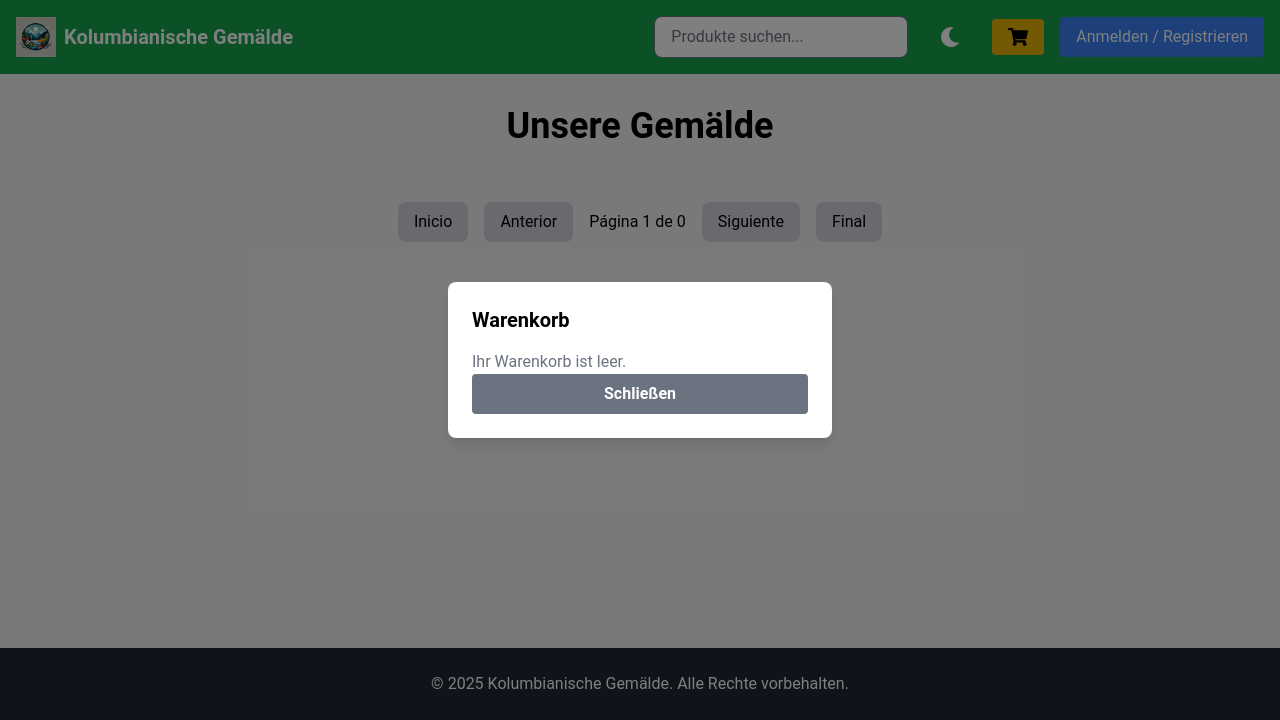
Repository: alixchaparrov/bilder-shop
Page: /, after clicking the first element matching `button.relative`
These files come from the project's save history. The page is drawn as it stood at one moment and after a run of saves; the edit follows.
The browser window is 1280 px wide. The pictures show the whole page.
The page's requests for data from a server got no answer. The project was rebuilt for these pictures with package versions that can differ from the ones it lists, and the page was loaded fresh each time. The framework's server and built-in components were replaced by stand-ins that run in the browser. No one was signed in, and anything a server would have sent is missing. Also part of the build but not shown: next.config.ts, src/app/components/ProductCard.tsx.

Above is the page before, as saved 2025-01-04 13:50:37.

### src/app/layout.tsx
"use client";

import "./globals.css";
import { AuthProvider } from "../context/AuthContext";

export default function RootLayout({
  children,
}: {
  children: React.ReactNode;
}) {
  return (
    <html lang="de">
      <head>
        <title>Kolumbianische Gemälde</title>
        <meta
          name="description"
          content="Galerie von kolumbianischen Landschaftsgemälden. Entdecken Sie die Schönheit Kolumbiens durch unsere einzigartigen Kunstwerke."
        />
        <meta
          name="keywords"
          content="Kolumbianische Kunst, Landschaftsgemälde, Gemälde kaufen"
        />
        <link rel="icon" href="/favicon.ico" />
      </head>
      <body>
        <AuthProvider>
          {children}
        </AuthProvider>
      </body>
    </html>
  );
}

### src/app/page.tsx
"use client";

import { useState, useEffect } from "react";
import client from "@/lib/sanity";
import ProductCard from "@/app/components/ProductCard";
import Navbar from "@/app/components/Navbar"; // Si usas un Navbar unificado
import { useCartStore } from "@/store/cartStore";
import { FaMinus, FaPlus, FaTrash, FaShoppingCart, FaMoon, FaSun } from "react-icons/fa";

export default function Home() {
  const [searchQuery, setSearchQuery] = useState(""); // Estado para la búsqueda
  const [darkMode, setDarkMode] = useState(false); // Estado para modo oscuro
  const [products, setProducts] = useState([]); // Estado para los productos
  const { cart, addToCart, removeFromCart, clearCart, removeOneFromCart } = useCartStore();
  const [showCart, setShowCart] = useState(false); // Estado para mostrar el carrito
  const [currentPage, setCurrentPage] = useState(1); // Estado para la paginación
  const itemsPerPage = 6; // Número de productos por página

  // Fetch de productos al montar el componente
  useEffect(() => {
    const fetchProducts = async () => {
      try {
        const fetchedProducts = await client.fetch(`*[_type == "product"]`);
        setProducts(fetchedProducts);
      } catch (err) {
        console.error("Error al cargar productos:", err);
      }
    };

    fetchProducts(); // Llama a la función fetchProducts
  }, []); // Array vacío para que solo se ejecute al montar el componente

  // Lógica para filtrar los productos según la búsqueda
  const filteredProducts = products.filter((product) =>
    product.name.toLowerCase().includes(searchQuery.toLowerCase())
  );

  // Total de páginas
  const totalPages = Math.ceil(filteredProducts.length / itemsPerPage);

  // Productos mostrados en la página actual
  const displayedProducts = filteredProducts.slice(
    (currentPage - 1) * itemsPerPage,
    currentPage * itemsPerPage
  );

  return (
    <div
      className={`min-h-screen flex flex-col ${
        darkMode ? "bg-gray-900 text-white" : "bg-gray-100 text-black"
      }`}
    >
      {/* Navbar */}
      <Navbar
        searchQuery={searchQuery}
        setSearchQuery={setSearchQuery}
        toggleDarkMode={() => setDarkMode(!darkMode)}
        darkMode={darkMode}
      />

      {/* Contenido principal */}
      <main className="flex-grow pt-24 p-4 sm:p-8 max-w-7xl mx-auto">
        <h2 className="text-2xl sm:text-3xl lg:text-4xl font-semibold text-center mb-6">
          Unsere Gemälde
        </h2>
        <div className="grid grid-cols-1 sm:grid-cols-2 lg:grid-cols-3 gap-6">
          {displayedProducts.map((product) => (
            <ProductCard key={product._id} product={product} />
          ))}
        </div>

        {/* Paginación */}
        <div className="flex justify-center items-center mt-8 space-x-4">
          <button
            className="bg-gray-300 px-4 py-2 rounded-lg"
            disabled={currentPage === 1}
            onClick={() => setCurrentPage(1)}
          >
            Inicio
          </button>
          <button
            className="bg-gray-300 px-4 py-2 rounded-lg"
            disabled={currentPage === 1}
            onClick={() => setCurrentPage((prev) => Math.max(prev - 1, 1))}
          >
            Anterior
          </button>
          <span>
            Página {currentPage} de {totalPages}
          </span>
          <button
            className="bg-gray-300 px-4 py-2 rounded-lg"
            disabled={currentPage === totalPages}
            onClick={() =>
              setCurrentPage((prev) => Math.min(prev + 1, totalPages))
            }
          >
            Siguiente
          </button>
          <button
            className="bg-gray-300 px-4 py-2 rounded-lg"
            disabled={currentPage === totalPages}
            onClick={() => setCurrentPage(totalPages)}
          >
            Final
          </button>
        </div>
      </main>

      {/* Footer */}
      <footer className="bg-gray-800 text-white p-6 text-center">
        <p>© {new Date().getFullYear()} Kolumbianische Gemälde. Alle Rechte vorbehalten.</p>
      </footer>
    </div>
  );
}

### src/app/globals.css
@tailwind base;
@tailwind components;
@tailwind utilities;

/* Color Variables */
:root {
  --background: #f5f5f5;
  --foreground: #333333;
  --primary: #00704A;
  --secondary: #FFB400;
  --accent: #D62828;
}

.dark {
  --background: #121212;
  --foreground: #e0e0e0;
  --primary: #34D399;
  --secondary: #FACC15;
  --accent: #EF4444;
}

/* General Styles */
body {
  background-color: var(--background);
  color: var(--foreground);
  font-family: 'Roboto', sans-serif;
}

/* Navbar */
.navbar {
  @apply fixed top-0 left-0 right-0 z-50 flex justify-between items-center p-4;
  background-color: var(--primary);
  color: white;
}

.navbar input {
  @apply px-4 py-2 rounded-md border;
  border-color: var(--secondary);
  color: var(--foreground);
}

/* Cards */
.card {
  @apply bg-white dark:bg-gray-800 text-black dark:text-white shadow-lg rounded-lg p-6 transition-all;
}

.card:hover {
  @apply transform scale-105 shadow-xl;
}

.card-title {
  @apply text-xl font-bold;
}

.card-description {
  @apply text-sm text-gray-600 dark:text-gray-400;
}

.card-price {
  @apply text-lg font-bold text-primary;
}

/* Buttons */
.btn-primary {
  @apply bg-primary text-white px-4 py-2 rounded-md shadow;
  transition: background-color 0.3s;
}

.btn-primary:hover {
  @apply bg-green-700;
}

.btn-secondary {
  @apply bg-secondary text-black px-4 py-2 rounded-md shadow;
}

.btn-secondary:hover {
  @apply bg-yellow-600;
}

.btn-gray {
  @apply bg-gray-300 text-black px-4 py-2 rounded-md;
}

.btn-gray:disabled {
  @apply bg-gray-200 text-gray-400 cursor-not-allowed;
}

/* Cart Button */
.cart-button {
  @apply relative;
}

.cart-counter {
  @apply absolute -top-2 -right-2 bg-red-500 text-white text-xs font-bold rounded-full w-5 h-5 flex items-center justify-center;
}

/* Modal */
.modal-content {
  @apply bg-white dark:bg-gray-900 p-6 rounded-lg shadow-lg;
}

/* Footer */
footer {
  @apply bg-gray-800 text-white text-center py-4;
}

/* Utilities */
.line-clamp-3 {
  display: -webkit-box;
  -webkit-line-clamp: 3;
  -webkit-box-orient: vertical;
  overflow: hidden;
}

### src/context/AuthContext.tsx
import { createContext, useContext, useState, useEffect } from "react";
import client from "@/lib/sanity";
import bcrypt from "bcryptjs";

interface User {
  email: string;
  role: string;
}

interface AuthContextType {
  user: User | null;
  login: (email: string, password: string) => Promise<void>;
  register: (email: string, password: string) => Promise<void>;
  logout: () => void;
}

const AuthContext = createContext<AuthContextType | null>(null);

export const AuthProvider = ({ children }) => {
  const [user, setUser] = useState(null);

  const login = async (email: string, password: string) => {
    const query = `*[_type == "user" && email == $email][0]`;
    const result = await client.fetch(query, { email });

    if (!result || !(await bcrypt.compare(password, result.password))) {
      throw new Error("Password ist falsch");
    }

    setUser({ email: result.email, role: result.role });
  };

  const register = async (email: string, password: string) => {
    const hashedPassword = await bcrypt.hash(password, 10);
    await client.create({
      _type: "user",
      email,
      password: hashedPassword,
      role: "user",
    });
  };

  const logout = () => setUser(null);

  return (
    <AuthContext.Provider value={{ user, login, register, logout }}>
      {children}
    </AuthContext.Provider>
  );
};

export const useAuth = () => {
  const context = useContext(AuthContext);
  if (!context) {
    throw new Error("useAuth must be used within an AuthProvider");
  }
  return context;
};

### src/lib/sanity.ts
import { createClient } from "@sanity/client";
import imageUrlBuilder from "@sanity/image-url";

const client = createClient({
  projectId: "mo3mvugi", // Reemplaza con tu Project ID
  dataset: "production",
  apiVersion: "2023-01-01",
  useCdn: true,
});


// Initialize URL builder
const builder = imageUrlBuilder(client);

// Helper function to build image URLs
export const urlFor = (source: any) => builder.image(source);

export default client;

### src/app/components/Navbar.tsx
"use client";

import { useState } from "react";
import CartModal from "@/app/components/CartModal";
import { useCartStore } from "@/store/cartStore";
import { useAuth } from "../../context/AuthContext";
import { FaShoppingCart, FaMoon, FaSun } from "react-icons/fa";

export default function Navbar({
  searchQuery,
  setSearchQuery,
  toggleDarkMode,
  darkMode,
}: {
  searchQuery: string;
  setSearchQuery: (value: string) => void;
  toggleDarkMode: () => void;
  darkMode: boolean;
}) {
  const [isCartOpen, setIsCartOpen] = useState(false); // Estado de la modal del carrito
  const { cart } = useCartStore(); // Estado global del carrito
  const { user, logout } = useAuth(); // Usuario autenticado y función de logout

  return (
    <>
      {/* Barra de navegación */}
      <nav className="flex justify-between items-center p-4 bg-green-600 text-white">
        {/* Logo y título */}
        <div className="flex items-center">
          <img src="/images/logo.png" alt="Logo" className="h-10 w-10 mr-2" />
          <h1 className="text-xl font-bold">Kolumbianische Gemälde</h1>
        </div>

        {/* Búsqueda */}
        <div className="flex items-center space-x-4">
          <input
            type="text"
            placeholder="Produkte suchen..."
            className="px-4 py-2 rounded-lg text-black"
            value={searchQuery}
            onChange={(e) => setSearchQuery(e.target.value)}
          />
          {/* Botón para cambiar el modo oscuro */}
          <button
            className="px-4 py-2 rounded-lg"
            onClick={toggleDarkMode}
          >
            {darkMode ? <FaSun size={20} /> : <FaMoon size={20} />}
          </button>

          {/* Botón del carrito */}
          <button
            className="relative flex items-center space-x-2 bg-yellow-500 hover:bg-yellow-600 text-black px-4 py-2 rounded"
            onClick={() => setIsCartOpen(true)}
          >
            <FaShoppingCart size={20} />
            {cart.length > 0 && (
              <span className="absolute -top-2 -right-2 bg-red-500 text-white rounded-full px-2 py-1 text-xs font-bold">
                {cart.reduce((total, item) => total + item.quantity, 0)}
              </span>
            )}
          </button>

          {/* Opciones de usuario */}
          {user ? (
            <div className="flex items-center space-x-4">
              <span>Willkommen, {user.name || user.email}</span>
              <button
                onClick={logout}
                className="bg-red-500 hover:bg-red-600 text-white px-4 py-2 rounded"
              >
                Abmelden
              </button>
            </div>
          ) : (
            <button
              onClick={() => alert("Modal de autenticación aquí")}
              className="bg-blue-500 hover:bg-blue-600 text-white px-4 py-2 rounded"
            >
              Anmelden / Registrieren
            </button>
          )}
        </div>
      </nav>

      {/* Modal del carrito */}
      {isCartOpen && <CartModal onClose={() => setIsCartOpen(false)} />}
    </>
  );
}

### src/store/cartStore.ts
import { create } from "zustand";

interface CartItem {
  _id: string;
  name: string;
  price: number;
  quantity: number;
}

interface CartState {
  cart: CartItem[];
  addToCart: (product: CartItem) => void;
  removeFromCart: (productId: string) => void;
  updateQuantity: (productId: string, quantity: number) => void;
  clearCart: () => void;
  getTotalItems: () => number;
  getTotalPrice: () => number;
}

export const useCartStore = create<CartState>((set, get) => ({
  cart: [],

  addToCart: (product) => {
    set((state) => {
      const existingItem = state.cart.find((item) => item._id === product._id);
      if (existingItem) {
        return {
          cart: state.cart.map((item) =>
            item._id === product._id
              ? { ...item, quantity: item.quantity + 1 }
              : item
          ),
        };
      }
      return { cart: [...state.cart, { ...product, quantity: 1 }] };
    });
  },

  removeFromCart: (productId) => {
    set((state) => ({
      cart: state.cart.filter((item) => item._id !== productId),
    }));
  },

  updateQuantity: (productId, quantity) => {
    set((state) => ({
      cart: state.cart.map((item) =>
        item._id === productId ? { ...item, quantity } : item
      ),
    }));
  },

  clearCart: () => {
    set({ cart: [] });
  },

  getTotalItems: () => {
    return get().cart.reduce((total, item) => total + item.quantity, 0);
  },

  getTotalPrice: () => {
    return get().cart.reduce((total, item) => total + item.price * item.quantity, 0);
  },
}));

### src/app/components/CartModal.tsx
"use client";

import { useCartStore } from "@/store/cartStore";
import { useCallback } from "react";

export default function CartModal({ onClose }: { onClose: () => void }) {
  // Usa selectores individuales para evitar renderizaciones innecesarias
  const cart = useCartStore((state) => state.cart);
  const addToCart = useCartStore((state) => state.addToCart);
  const removeFromCart = useCartStore((state) => state.removeFromCart);
  const removeOneFromCart = useCartStore((state) => state.removeOneFromCart);
  const clearCart = useCartStore((state) => state.clearCart);

  // Calcula el precio total
  const totalPrice = cart.reduce((sum, item) => sum + item.price * item.quantity, 0);

  return (
    <div className="fixed inset-0 flex items-center justify-center bg-black bg-opacity-50 z-50">
      <div className="bg-white rounded-lg shadow-lg p-6 w-96">
        <h2 className="text-xl font-bold mb-4">Warenkorb</h2>
        {cart.length === 0 ? (
          <p className="text-gray-500">Ihr Warenkorb ist leer.</p>
        ) : (
          <>
            <ul className="mb-4">
              {cart.map((item) => (
                <li key={item._id} className="flex justify-between items-center mb-2">
                  <div>
                    <h3 className="font-semibold">{item.name}</h3>
                    <p className="text-sm text-gray-500">
                      {item.quantity} x {item.price.toFixed(2)} € = {(item.price * item.quantity).toFixed(2)} €
                    </p>
                  </div>
                  <div className="flex items-center space-x-4">
                    <button
                      className="text-green-500 hover:text-green-700"
                      onClick={() => addToCart(item)}
                    >
                      +
                    </button>
                    <button
                      className="text-red-500 hover:text-red-700"
                      onClick={() => removeOneFromCart(item._id)}
                    >
                      -
                    </button>
                    <button
                      className="text-gray-500 hover:text-gray-700"
                      onClick={() => removeFromCart(item._id)}
                    >
                      🗑️
                    </button>
                  </div>
                </li>
              ))}
            </ul>
            <div className="flex justify-between items-center font-bold text-lg mb-4">
              <span>Gesamtpreis:</span>
              <span>{totalPrice.toFixed(2)} €</span>
            </div>
            <button
              className="w-full bg-red-500 hover:bg-red-700 text-white font-bold py-2 px-4 rounded mb-4"
              onClick={clearCart}
            >
              Warenkorb leeren
            </button>
          </>
        )}
        <button
          className="w-full bg-gray-500 hover:bg-gray-700 text-white font-bold py-2 px-4 rounded"
          onClick={onClose}
        >
          Schließen
        </button>
      </div>
    </div>
  );
}

### tailwind.config.ts
import type { Config } from "tailwindcss";

const config: Config = {
  content: [
    "./src/**/*.{js,ts,jsx,tsx}",
    "./src/pages/**/*.{js,ts,jsx,tsx}",
    "./src/components/**/*.{js,ts,jsx,tsx}",
    "./src/app/**/*.{js,ts,jsx,tsx}",
  ],
  theme: {
    extend: {
      colors: {
        primary: "#00704A",
        secondary: "#FFB400",
        accent: "#D62828",
        background: "#F3F4F6",
        card: "#FFFFFF",
        textDark: "#1B1B1B",
        textLight: "#FAFAFA",
      },
      fontFamily: {
        sans: ["Poppins", "sans-serif"],
        serif: ["Merriweather", "serif"],
      },
      boxShadow: {
        card: "0 4px 6px rgba(0, 0, 0, 0.1)",
      },
    },
  },
  darkMode: "class",
  plugins: [require("@tailwindcss/forms")],
};

export default config;

After the next 2 saves:
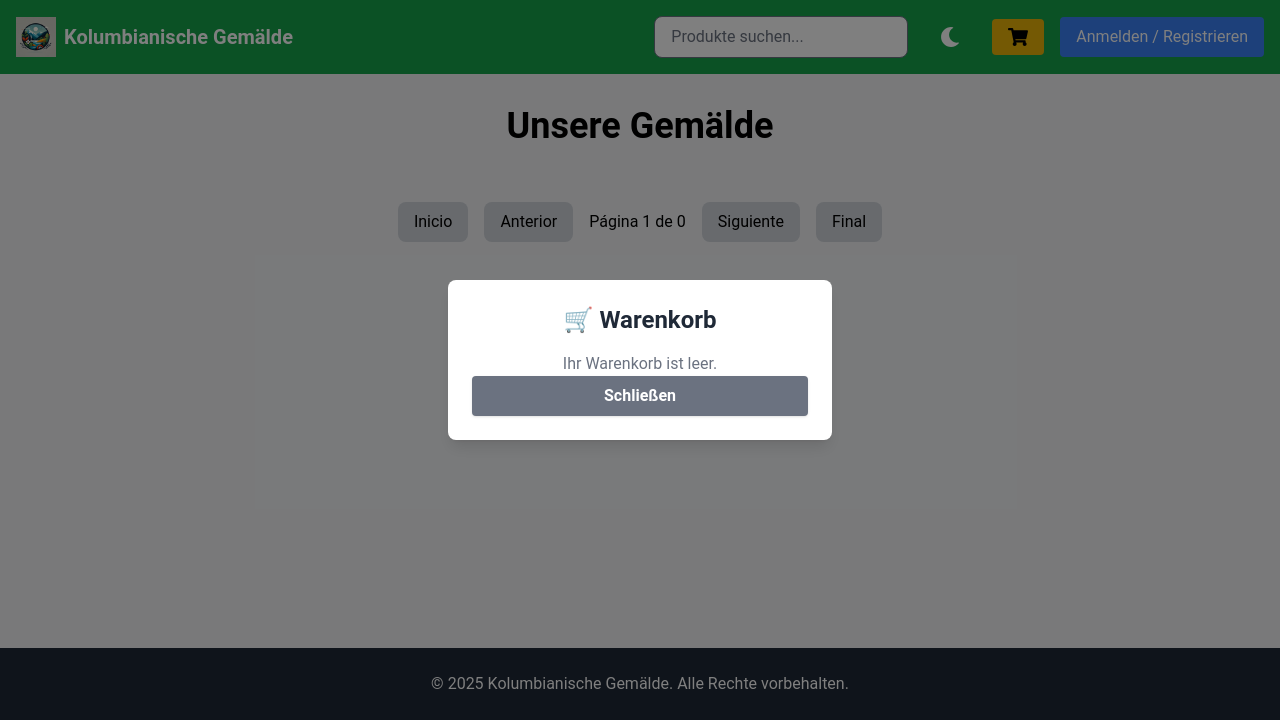
The 2 saves are shown as one change because 1 did not build or start.
The last was saved 60 s later.
--- a/src/app/components/CartModal.tsx
+++ b/src/app/components/CartModal.tsx
@@ -16,63 +16,73 @@ export default function CartModal({ onClose }: { onClose: () => void }) {
 
   return (
     <div className="fixed inset-0 flex items-center justify-center bg-black bg-opacity-50 z-50">
-      <div className="bg-white rounded-lg shadow-lg p-6 w-96">
-        <h2 className="text-xl font-bold mb-4">Warenkorb</h2>
-        {cart.length === 0 ? (
-          <p className="text-gray-500">Ihr Warenkorb ist leer.</p>
-        ) : (
-          <>
-            <ul className="mb-4">
-              {cart.map((item) => (
-                <li key={item._id} className="flex justify-between items-center mb-2">
-                  <div>
-                    <h3 className="font-semibold">{item.name}</h3>
-                    <p className="text-sm text-gray-500">
-                      {item.quantity} x {item.price.toFixed(2)} € = {(item.price * item.quantity).toFixed(2)} €
-                    </p>
-                  </div>
-                  <div className="flex items-center space-x-4">
-                    <button
-                      className="text-green-500 hover:text-green-700"
-                      onClick={() => addToCart(item)}
-                    >
-                      +
-                    </button>
-                    <button
-                      className="text-red-500 hover:text-red-700"
-                      onClick={() => removeOneFromCart(item._id)}
-                    >
-                      -
-                    </button>
-                    <button
-                      className="text-gray-500 hover:text-gray-700"
-                      onClick={() => removeFromCart(item._id)}
-                    >
-                      🗑️
-                    </button>
-                  </div>
-                </li>
-              ))}
-            </ul>
-            <div className="flex justify-between items-center font-bold text-lg mb-4">
-              <span>Gesamtpreis:</span>
-              <span>{totalPrice.toFixed(2)} €</span>
-            </div>
-            <button
-              className="w-full bg-red-500 hover:bg-red-700 text-white font-bold py-2 px-4 rounded mb-4"
-              onClick={clearCart}
+  <div className="bg-white rounded-lg shadow-lg p-6 w-96">
+    <h2 className="text-2xl font-bold mb-4 text-center text-gray-800">🛒 Warenkorb</h2>
+    {cart.length === 0 ? (
+      <p className="text-gray-500 text-center">Ihr Warenkorb ist leer.</p>
+    ) : (
+      <>
+        <ul className="mb-4 space-y-4">
+          {cart.map((item) => (
+            <li
+              key={item._id}
+              className="flex justify-between items-center border-b pb-2"
             >
-              Warenkorb leeren
-            </button>
-          </>
-        )}
+              <div>
+                <h3 className="font-semibold text-gray-700">{item.name}</h3>
+                <p className="text-sm text-gray-500">
+                  {item.quantity} x {item.price.toFixed(2)} € ={" "}
+                  <span className="font-bold">
+                    {(item.price * item.quantity).toFixed(2)} €
+                  </span>
+                </p>
+              </div>
+              <div className="flex items-center space-x-3">
+                <button
+                  className="text-green-600 hover:text-green-800 text-lg font-bold"
+                  onClick={() => addToCart(item)}
+                  title="Agregar uno más"
+                >
+                  +
+                </button>
+                <button
+                  className="text-red-600 hover:text-red-800 text-lg font-bold"
+                  onClick={() => removeOneFromCart(item._id)}
+                  title="Eliminar uno"
+                >
+                  -
+                </button>
+                <button
+                  className="text-gray-600 hover:text-gray-800 text-lg font-bold"
+                  onClick={() => removeFromCart(item._id)}
+                  title="Eliminar producto"
+                >
+                  🗑️
+                </button>
+              </div>
+            </li>
+          ))}
+        </ul>
+        <div className="flex justify-between items-center font-bold text-lg mb-4">
+          <span>Gesamtpreis:</span>
+          <span className="text-green-600">{totalPrice.toFixed(2)} €</span>
+        </div>
         <button
-          className="w-full bg-gray-500 hover:bg-gray-700 text-white font-bold py-2 px-4 rounded"
-          onClick={onClose}
+          className="w-full bg-red-500 hover:bg-red-600 text-white font-bold py-2 px-4 rounded mb-4 shadow"
+          onClick={clearCart}
         >
-          Schließen
+          Warenkorb leeren
         </button>
-      </div>
-    </div>
+      </>
+    )}
+    <button
+      className="w-full bg-gray-500 hover:bg-gray-600 text-white font-bold py-2 px-4 rounded shadow"
+      onClick={onClose}
+    >
+      Schließen
+    </button>
+  </div>
+</div>
+
   );
 }
